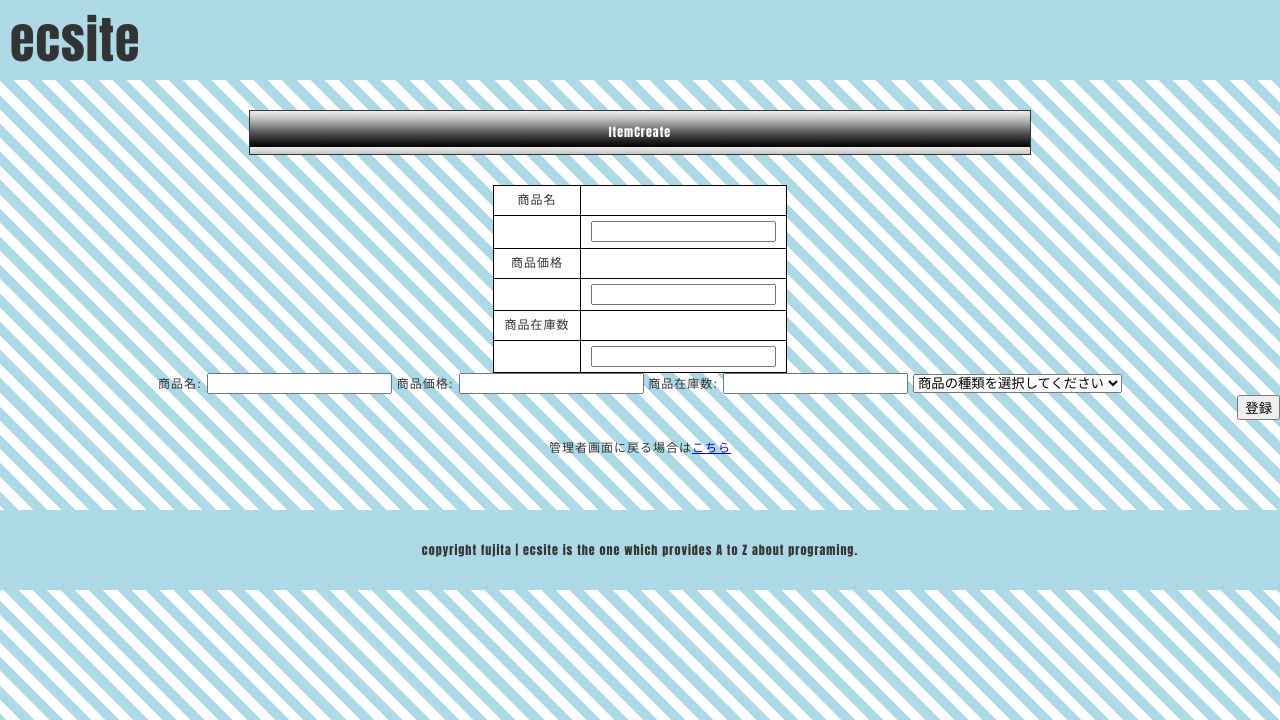
Repository: ryousukefujita-0423/test
Page: http://localhost/ecsite/itemCreate.jsp
These files come from the project's save history. The page is drawn as it stood at one moment and after the next save; the edit follows.
The browser window is 1280 px wide. The pictures show the whole page.
The page is served by Tomcat 9.

Above is the page before, as saved 2019-03-22 03:17:25.

After the next save:
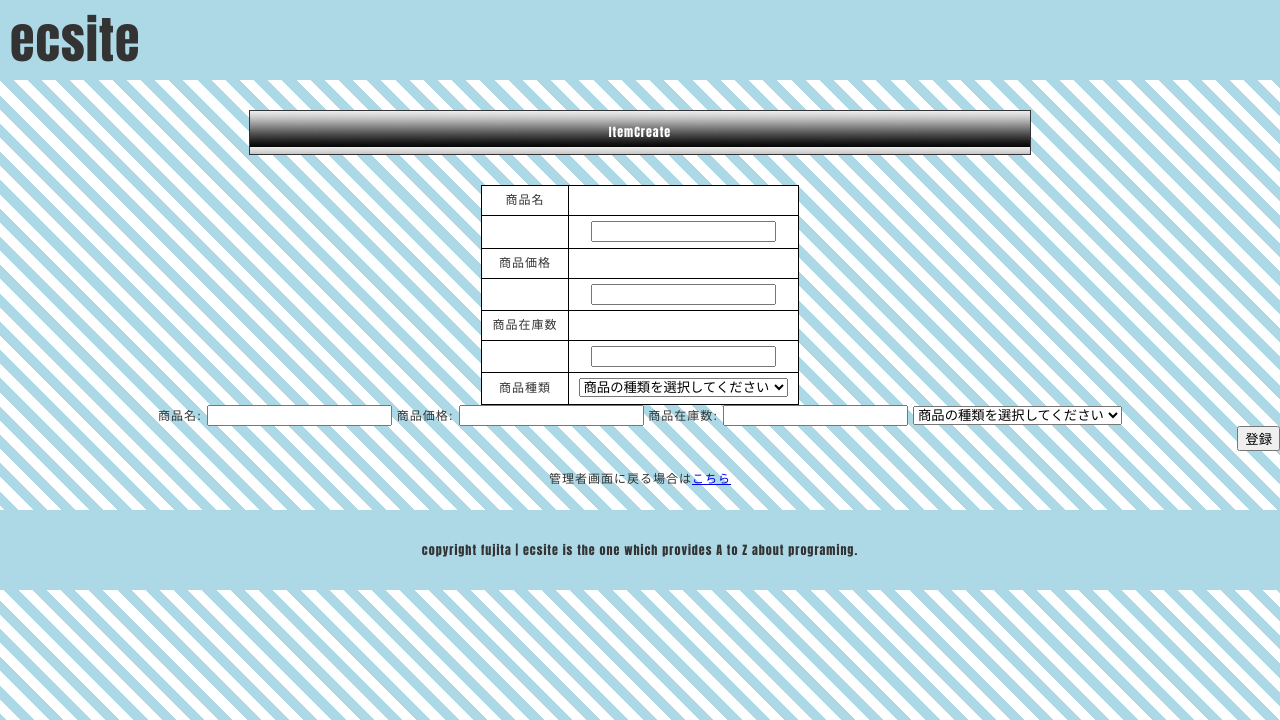
Saved 45 s later.
--- a/ecsite/WebContent/itemCreate.jsp
+++ b/ecsite/WebContent/itemCreate.jsp
@@ -36,6 +36,18 @@
 					<td>商品在庫数</td>
 					<td><s:textfield name="item_stock" /></td>
 				</tr>
+				<tr>
+					<td>商品種類</td>
+					<td><select name="item_type">
+							<option>商品の種類を選択してください</option>
+							<option value="1">文房具</option>
+							<option value="2">書籍</option>
+							<option value="3">電化製品</option>
+							<option value="4">食品</option>
+							<option value="5">家具</option>
+							<option value="6">日用雑貨</option>
+					</select></td>
+				</tr>
 
 
 			</table>
